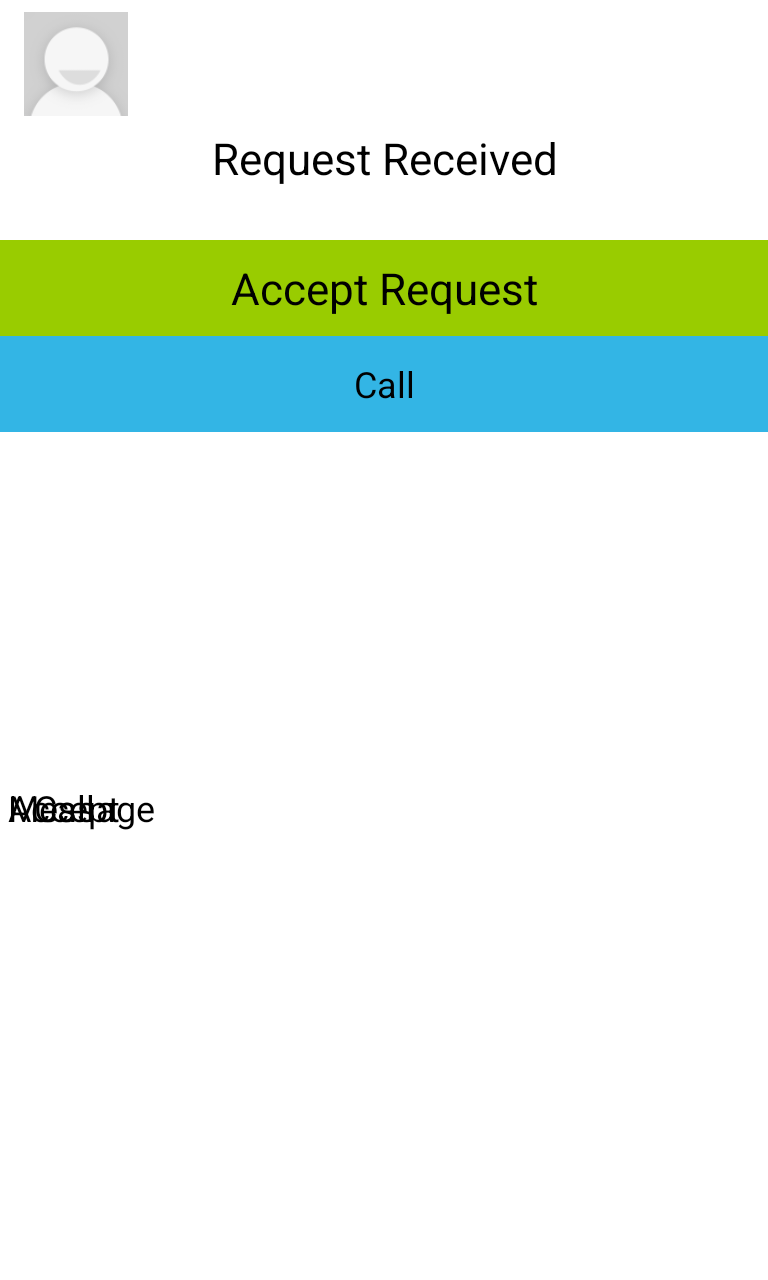
Repository: srivast6/SafeWalk
Layout: android/SafeWalk/res/layout/tryout.xml
The author's editor kept a copy of each file at every save. The layout is drawn from the files as they stood at one save, then again after the next save.
It is drawn on a 768 x 1280 px phone screen (xhdpi) without system bars, with theme android:Theme.Holo.Light; the app's code is not run.

Above is the layout before, as saved 2013-11-20 16:22:18.

After the next save:
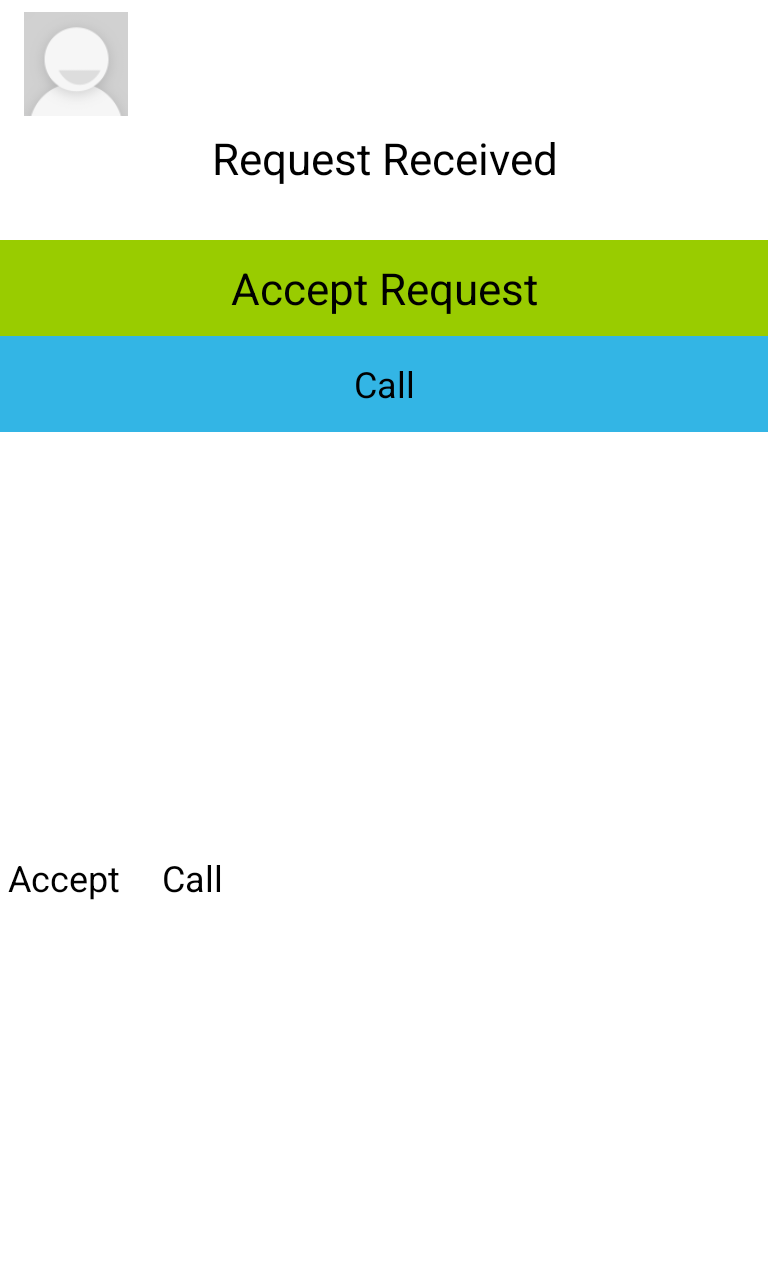
Saved 4 min 35 s later.
--- a/android/SafeWalk/res/layout/tryout.xml
+++ b/android/SafeWalk/res/layout/tryout.xml
@@ -75,24 +75,17 @@
             style="?android:attr/buttonBarButtonStyle"
             android:layout_width="wrap_content"
             android:layout_height="fill_parent"
-            android:layout_weight="0.35"
+            android:layout_below="@id/callButton"
             android:text="Accept" />
-
-        <Button
-            android:id="@+id/btn_callPolice2"
-            style="?android:attr/buttonBarButtonStyle"
-            android:layout_width="wrap_content"
-            android:layout_height="fill_parent"
-            android:layout_weight="0.33"
-            android:text="Call" />
 
         <Button
             android:id="@+id/btn_callPolice"
             style="?android:attr/buttonBarButtonStyle"
             android:layout_width="wrap_content"
             android:layout_height="fill_parent"
-            android:layout_weight="0.33"
-            android:text="Message" />
+            android:layout_below="@id/callButton"
+            android:layout_toRightOf="@id/btn_callSafewalk"
+            android:text="Call" />
     </RelativeLayout>
 
 </RelativeLayout>
